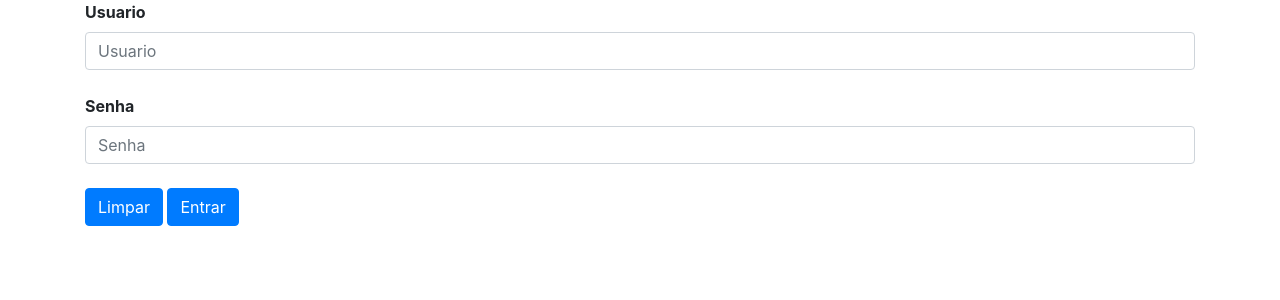
Repository: belchiorneto/innovationAPI
Page: http://localhost/TelaLogin/Login.jsp
The author's editor kept a copy of each file at every save. The page is drawn from the files as they stood at one save, then again after the next save.
The browser window is 1280 px wide. The pictures show the whole page.
The page is served by Tomcat 9. Other server files are loaded and not shown.

Above is the page before, as saved 2019-05-07 19:37:24.

### TelaLogin/WebContent/Login.jsp
<%@ page language="java" contentType="text/html; charset=ISO-8859-1"
    pageEncoding="ISO-8859-1"%>
<!DOCTYPE html>
<html>
<head>
<meta charset="ISO-8859-1">
<title>XSeed - Estágio</title>
<link rel="stylesheet" href="https://stackpath.bootstrapcdn.com/bootstrap/4.3.1/css/bootstrap.min.css" integrity="sha384-ggOyR0iXCbMQv3Xipma34MD+dH/1fQ784/j6cY/iJTQUOhcWr7x9JvoRxT2MZw1T" crossorigin="anonymous">

</head>
<body>
	<form action="LoginConfere.jsp" method="Post">
	<div class="container">

		<label for="login"><b>Usuario</b></label>
			<input type="text" class="form-control" placeholder="Usuario" name="login" required>
			<br>
		<label for="password"><b>Senha</b></label>
			<input type="password" class="form-control" placeholder="Senha" name="password" required>
			<br>
		<button type="reset" class="btn btn-md btn-primary">Limpar</button>
		<button type="submit" class="btn btn-md btn-primary ">Entrar</button>

	</div>
</form>
</body>
</html>

After the next save:
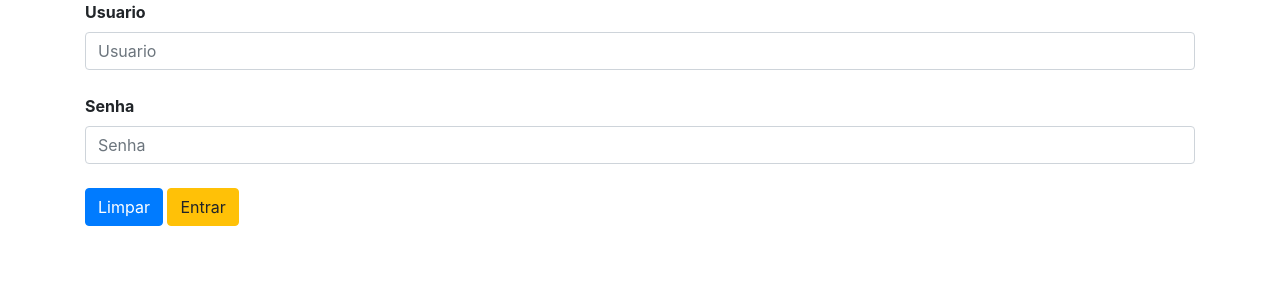
Saved 67 s later.
--- a/TelaLogin/WebContent/Login.jsp
+++ b/TelaLogin/WebContent/Login.jsp
@@ -19,7 +19,7 @@
 			<input type="password" class="form-control" placeholder="Senha" name="password" required>
 			<br>
 		<button type="reset" class="btn btn-md btn-primary">Limpar</button>
-		<button type="submit" class="btn btn-md btn-primary ">Entrar</button>
+		<button type="submit" class="btn btn-md btn-warning ">Entrar</button>
 
 	</div>
 </form>
